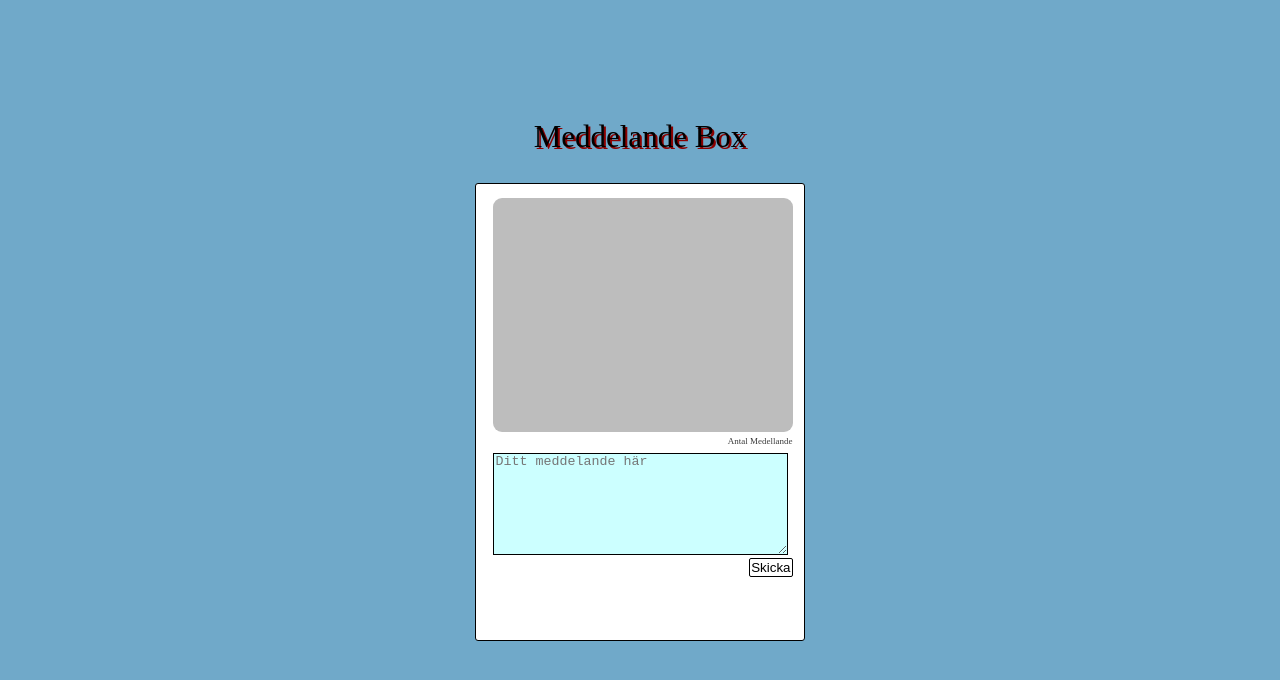
Repository: ls222vy/ls222vy-1dv403-laborationer
Page: 2-labbymezzage/index.html
The author's editor kept a record of every edit. The page is drawn from the files as they stood at one moment, then again after the next edit.
The browser window is 1280 px wide. The pictures show the whole page.

Above is the page before.

### 2-labbymezzage/index.html

<!doctype html>

<html lang="sv">

  <head>

         <title>Labby</title>
         <meta charset="UTF-8" />
         <link href='//fonts.googleapis.com/css?family=Gloria+Hallelujah' rel='stylesheet'>
         <link rel="stylesheet" href="css/style.css">
         <script src="js/Message.js"></script>
         <script src="js/MessageMotor.js"></script>
         <script src="js/messageMotor_run.js"></script>

  </head>

<body>
<h1>Meddelande Box</h1>

<div id="content">

    <div id="messagearea">

      <div id="myMessages"></div>

            <div id="count">Antal Medellande</div>

                  <div id="messageWindow">

            <textarea id="textInput"rows="2" cols="32" placeholder="Ditt meddelande här"></textarea>
            <button id="submitInput">Skicka</button>
        </div>



    </div>

</body>

</html>

### 2-labbymezzage/css/style.css
/*@import url(http://fonts.googleapis.com/css?family=Gloria+Hallelujah);*/

/* http://meyerweb.com/eric/tools/css/reset/
   v2.0 | 20110126
   License: none (public domain)
*/

html, body, div, span, applet, object, iframe,
h1, h2, h3, h4, h5, h6, p, blockquote, pre,
a, abbr, acronym, address, big, cite, code,
del, dfn, em, img, ins, kbd, q, s, samp,
small, strike, strong, sub, sup, tt, var,
b, u, i, center,
dl, dt, dd, ol, ul, li,
fieldset, form, label, legend,
table, caption, tbody, tfoot, thead, tr, th, td,
article, aside, canvas, details, embed,
figure, figcaption, footer, header, hgroup,
menu, nav, output, ruby, section, summary,
time, mark, audio, video {
	margin: 0;
	padding: 0;
	border: 0;
	font-size: 100%;
	font: inherit;
	vertical-align: baseline;
}
/* HTML5 display-role reset for older browsers */
article, aside, details, figcaption, figure,
footer, header, hgroup, menu, nav, section {
	display: block;
}
body {
	line-height: 1;
	background-color: #70A9C9;
}

/*#container {
    width :100%;
    max-width:600px;
    display:block;
    margin:0 auto;
}*/

#content {
    border:1px solid #000000;
    background:#ffffff;
    margin-left: auto;
    margin-right: auto;
    width: 328px;
    height:456px;
    overflow: auto;
    padding: 1 0 0  3px;
    -moz-border-radious:3px;
    -webkit-border-radius:3px;
}

h1{
   /* color:#0095b6;*/
    margin-top:90px;
    text-align:center;
    padding:1em;
    font-size:31px;
    text-shadow: 2px 2px #8b0000;
}
#messagearea {
    margin-top:14px;
    margin-left:auto;
    margin-right: auto;
    width:300px;
    overflow:auto;
    padding: 0 0 0 5px;

}

#textInput{
    background:#CCFFFF;
    border:1px solid #000000;
    width: 97%;
    height:100px;
    margin-left : auto;
    margin-right:auto;
    padding: 0 0 0 2px;
}

#count{
    text-align:right;
    color:#3c3c3c;
    font-family: cabin-regular;
    font-size:9px;
    font-weight:normal;
    margin-bottom: 7px;
    margin-top: 5px;
}
#messageWindow {
    display:block;
    width: 100%;
}

#submitInput {
    border:1px solid #000000;
    padding: 1px;
    margin-bottom: 2px;
    text-decoration:none;
    -webkit-border-radius:2px;
    -webkit-box-shadow:0 1 px 0 white;
    background:#ffffff;
    float:right;
}
#myMessages {
    height: 230px;
    overflow: auto;
    border-radius: 9px;
    background-color:#BDBDBD;
   /*-webkit-box-sizing: border-box;
    -moz-box-sizing: border-box; */
    margin-top: auto;
  border: 2px solid rgba(0,0,0,0);
}
.myMessage{
    float:left;
    color: #3c3c3c;
     font-weight:200;
    font-size: 15px;
    -webkit-border-radius: 5px;
    line-height:20px;
    background-color : #97e5ed;
    margin-top: 5px;
    margin-left:8px;
    margin-bottom:10px;
    width: 95%;
    -webkit-box-sizing: border-box;
      -moz-box-sizing: border-box;

}

p {
    display:block;
    padding:7px;
    float:left;
    margin: 1;
    word-wrap: break-word;
    -webkit-border-radius: solid 5px;
}

.messageRemove{
   display:block;
   width:20px;
   height:20px;
   float:right;
   background-image: url("pics/1.png");

}

footer{
    clear:both;
    display:block;
    float:right;
    color:#819FF7;
    font-size: 16px;
    text-align:right;
     margin: 1;
}

.messageTime {
    display:block;
    width:20px;
    height:20px;
    float:right;
}








































/* #content {
    border:1px solid #000000;
    background:#ffffff;
    margin-left: auto;
    margin-right: auto;
    width: 320px;
    height:180px;
    overflow: auto;
    -moz-border-radious:3px;
    -webkit-border-radius:3px;
}
h1{
    color:#0095b6;
    margin-top:90px;
    text-align:center;
    padding:1em;
    font-size:31px;
}
#messagearea {
    margin-top:115px;
    margin-left:auto;
    margin-right: auto;
    width:300px;
    overflow:auto;
    padding: 0 0 0 3px;

}



textarea{
    /*background:#CCFFFF;*/
 /*   border:1px solid #000000;
    width: 98%;
    height:100px;

}/*
button {
    border:1px solid #000000;
    padding: 1px;
    text-decoration:none;
    -webkit-border-radius:4px;
    -webkit-box-shadow:0 1 px 0 white;
    background:#7df9ff;
    float:right;
}

.right {
     border:1px solid #000000;
}/*































































/*/ <body>


            <div id="newText"></div>

            <div id="textInput">
                <div id="count"></div>
                <form action="post" name="form">
                    <textarea id="textarea" name="textarea"></textarea>
                    <input id="submit" class="right" class="button" type="button" value="Submit">
                </form>

            </div>*/

/* ody{
    background-color:grey;
}
#newText{
    border: 1px solid #000;
    background-color:yellow;
}
#textInput{
    border: 1px solid #000;
}
#count{
    border: 1px solid #000;
}
.pText{
    color:red;
}
.pTime{
    text-align: right;
}

### 2-labbymezzage/js/Message.js
"use strict";

//Konstruktorn
function Message(message, date) {

    this.getText = function() {
        return message;
    };

    this.setText = function(_text) {
        message = _text;
    };

    this.getDate = function() {
        return date;
    };

    this.setDate = function(_date) {
        date = _date;
    };
}
//Prototype objekt

Message.prototype.toString = function() {
    return this.getText() + " (" + this.getDate() + ")";
};

Message.prototype.getHTMLText = function() {
    return this.getText().replace(/\n/g, "<br>");

};

Message.prototype.getDateText = function() {

var monthNames = [ "Januari", "Februari", "Mars", "April", "Maj", "Juni",
    "Juli", "Augusti", "September", "Oktober", "November", "December" ];

    return "Inlägg som skapdes skapades den " + this.getDate().getDate() + " " + monthNames[this.getDate().getMonth()] + " " + this.getDate().getFullYear() + " klockan " + this.getDate()
    .getHours() + ":" + this.getDate().getMinutes() + ":" + this.getDate().getSeconds();
};































  // return this.getText().replace(/\n/g, "<br>")

### 2-labbymezzage/js/MessageMotor.js
"use strict";
/*global Message*/


var MessageMotor = {

 messages: [],


   init: function(){
       // Hämtar html document
       var button = document.getElementById("submitInput");
       var texta = document.getElementById("textInput");

       //Skapa händelse och validerar om(nummer 13 är enterkey)

       texta.addEventListener ("keypress", function(e){

           if(!e){ e = window.event;
           }

           if (e.shiftKey){

           }

           else if(e.keyCode == 13) {
               event.preventDefault();// Hindra formularet från att skicka till servern.
              newMessage();
           }
       });

       button.onclick = newMessage;

       // Skapa meddelande

       function newMessage(){
           MessageMotor.messages.push(new Message (texta.value, new Date())); //push metoden lägger till  en ny post

           MessageMotor.renderMessages();
           texta.value ="";
       }

    },

        renderMessages: function(){
      // Antal Meddelande eller countingMessages

       var count = document.getElementById("count");
       count.innerHTML ="Antal meddelande: " + MessageMotor.messages.length;

       //Raderar alla befintliga meddelanden på sidan och skriv ut samtliga meddelande i arrayen

       document.getElementById("myMessages").innerHTML = "";

       for (var i = 0; i < MessageMotor.messages.length; i+=1){

           MessageMotor.renderMessage(i);
       }
    },

       renderMessage: function (messageID) {

       //Hämtar specifikt meddelande (messageID)(Message text) och lägg i en "p" tagg

      var text = document.createElement("p"),
       //Div som ska hämta
      myMessages = document.getElementById("myMessages"),




    // Skapa en div där ett meddelande ska samlas och utskrift

     aMessage = document.createElement("div");
     aMessage.classname = "myMessage";
     text.innerHTML = MessageMotor.messages[messageID].getHTMLText();
     myMessages.appendChild(aMessage);
     aMessage.appendChild(text);


       //Sätter tiden meddelandet

      var messageTime = document.createElement("footer");
      messageTime.innerHTML= MessageMotor.messages[messageID].getText();
      aMessage.appendChild(messageTime);

     //console.log( MessageMotor.messages[messageID]);
      //messageTime.innerHTML = MessageMotor.messages[messageID].getText().toLocaleTimeString();

       //Knapp för raderar meddelande
      var messageRemove = document.createElement("a");
       messageRemove.className = "messageRemove";
       messageRemove.href = "#";

       messageRemove.onclick = function(){
        if(confirm("Är du säker på att du vill ta bort meddelande?")){
         MessageMotor.removeMessage(messageID);
         aMessage.appendChild(messageRemove);

          }

        };


       //Lägger till knapp för tiden
        var messageDateTime = document.createElement("a");
        messageDateTime.className = "messageTime";
        messageDateTime.href = "#";

        messageDateTime.onclik = function (){
         console.log(MessageMotor.messages[messageID].getDateText().toLocaleTimeString());
         aMessage.appendChild(messageDateTime);
        };

       }

};

### 2-labbymezzage/js/messageMotor_run.js
window.onload = function() {
    "use strict";
    /*global Message, MessageMotor*/

    var mess = new Message ("min text", new Date());
     console.log(mess.getText());
    mess.setText();

    MessageMotor.init();

};

After the next edit:
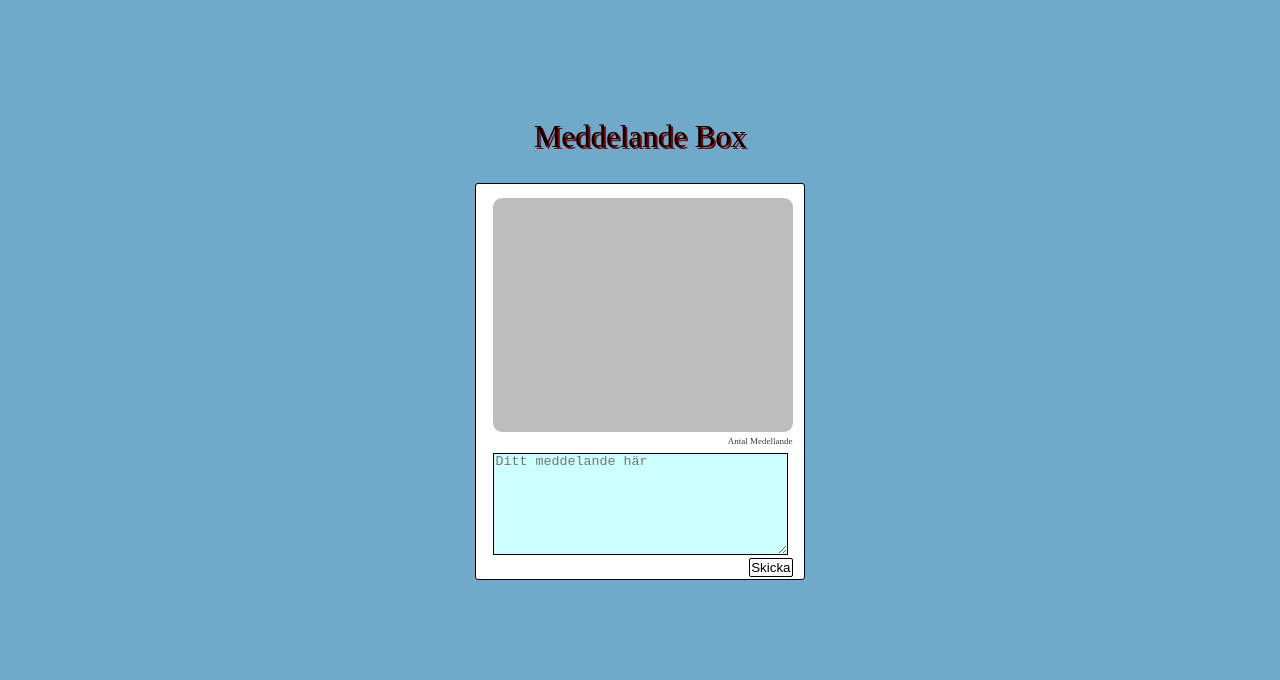
The edit:
--- a/2-labbymezzage/css/style.css
+++ b/2-labbymezzage/css/style.css
@@ -48,7 +48,7 @@
     margin-left: auto;
     margin-right: auto;
     width: 328px;
-    height:456px;
+    height:395px;
     overflow: auto;
     padding: 1 0 0  3px;
     -moz-border-radious:3px;
